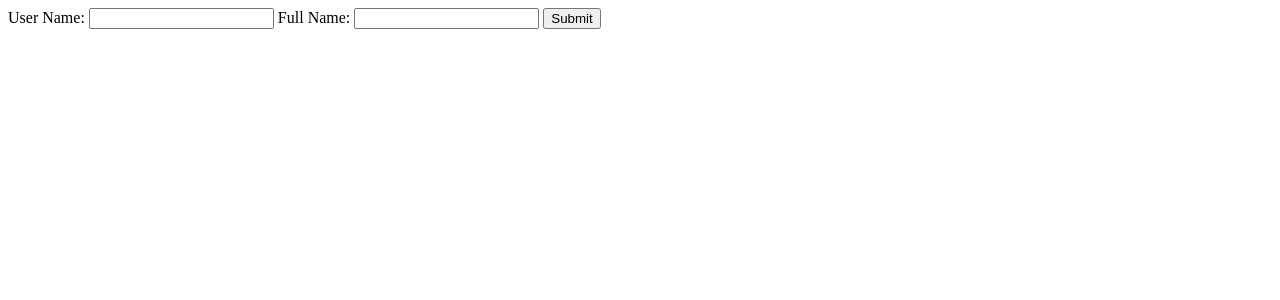
Repository: Yogi-Choudhary/AdvancedJava
Page: SimpalServletPjt/WebContent/index.html
An editor plug-in stored every save of this project. The page is shown before and after the next save, followed by the edit.
The browser window is 1280 px wide. The pictures show the whole page.

Above is the page before, as saved 2019-06-20 14:43:33.

### SimpalServletPjt/WebContent/index.html
<!DOCTYPE html>
<html>
<head>
<meta charset="UTF-8">
<title>Simpal Web Application</title>
</head>
<body>
  <form method="post" action="XmlServlet">
    User Name: <input name="userName"/>
    Full Name: <input name="fullName"/>
    <input type="submit"/>
  </form>
</body>
</html>

After the next save:
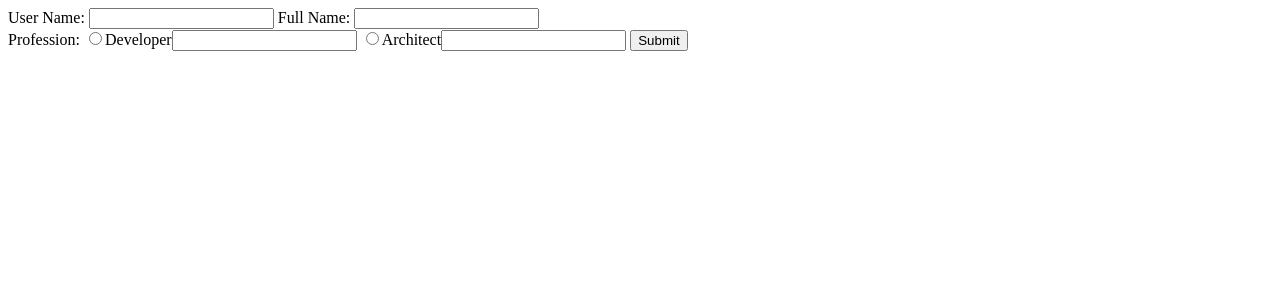
Saved 3 s later.
--- a/SimpalServletPjt/WebContent/index.html
+++ b/SimpalServletPjt/WebContent/index.html
@@ -8,6 +8,10 @@
   <form method="post" action="XmlServlet">
     User Name: <input name="userName"/>
     Full Name: <input name="fullName"/>
+    <br>
+      Profession:
+      <input type="radio" name="prof" value="Developer">Developer<input/>
+      <input type="radio" name="prof" value="Architect">Architect<input/>
     <input type="submit"/>
   </form>
 </body>
